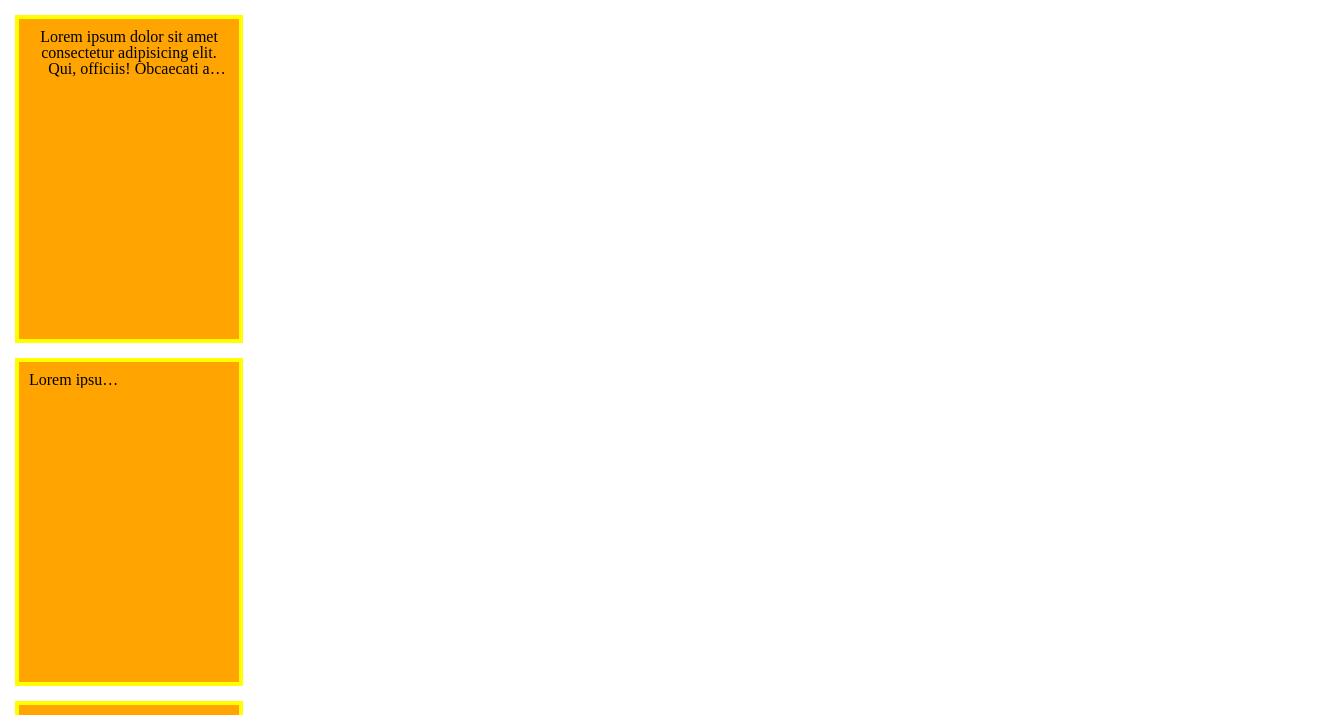
Repository: ThanhPhongsof/Css-Course
Page: index.html
The author's editor kept a copy of each file at every save. The page is drawn from the files as they stood at one save, then again after the next save.
The browser window is 1280 px wide. The page is 1309 px wide, then 1324 px, so the pictures cover 1324 px, including what lies to the right of the window. The pictures show the part of the page from y = 0 to 715 px (the page is 1438 px tall before and 1855 px after).
Pictures or frames that could not be fetched are drawn as grey boxes.

Above is the page before, as saved 2022-05-15 10:30:13.

After the next save:
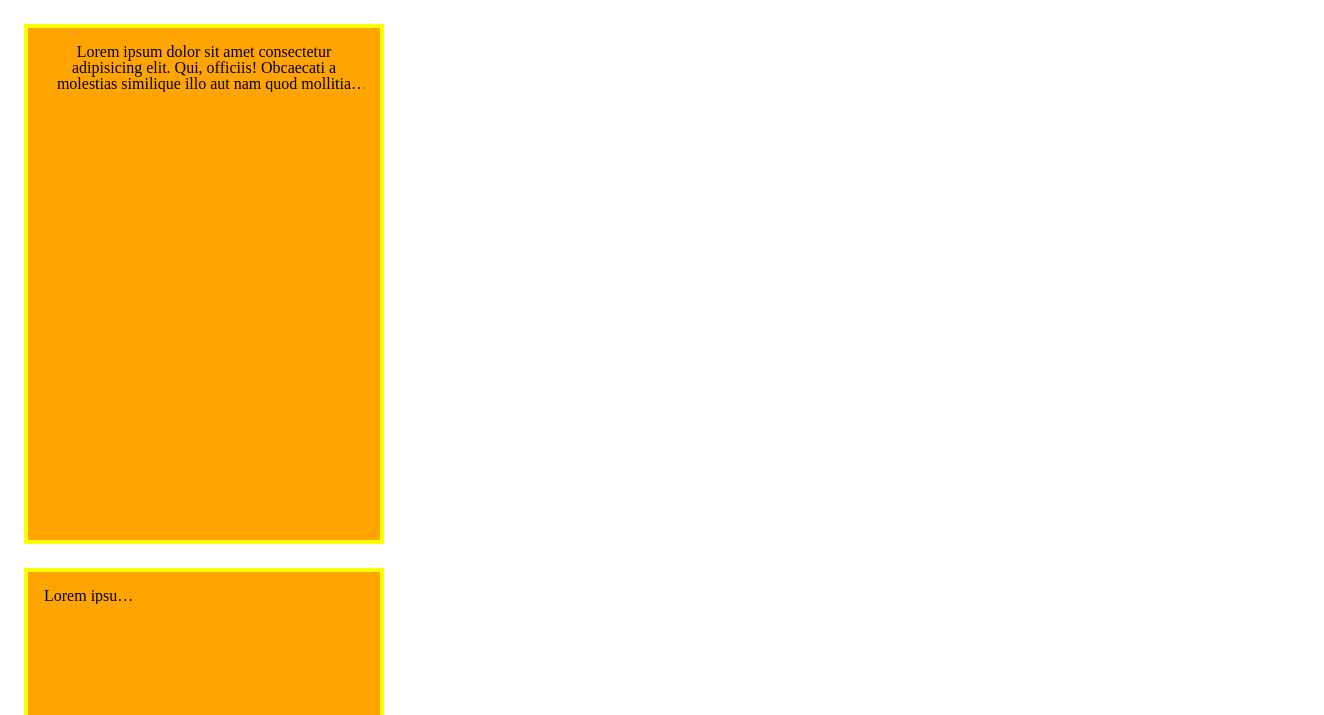
Saved 105 s later.
--- a/styles.css
+++ b/styles.css
@@ -1,11 +1,11 @@
 .box {
-  width: 200px;
-  height: 300px;
+  width: 20rem;
+  height: 30rem;
   background-color: #ffa400;
   color: #000;
   border: 4px solid yellow;
-  padding: 10px;
-  margin: 15px;
+  padding: 1rem;
+  margin: 1.5rem;
   text-align: center;
 }
 .text {
@@ -25,6 +25,4 @@
 .image {
   width: 100vw;
   height: 100vh;
-  border-radius: 50%;
-  object-fit: cover;
 }
